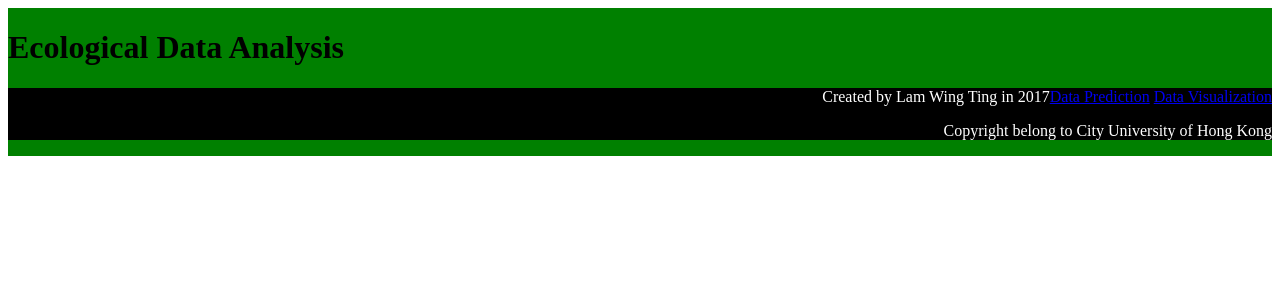
Repository: JenniferLam/FYP
Page: http://localhost/FYP_webapp/prediction/dataPred.html
An editor plug-in stored every save of this project. The page is shown before and after the next save, followed by the edit.
The browser window is 1280 px wide. The pictures show the whole page.
The page is served by Tomcat 9. Other server files are loaded and not shown.

Above is the page before, as saved 2018-01-28 21:39:04.

### WebAppDev/FYP_webapp/WebContent/prediction/dataPred.html
<!DOCTYPE html PUBLIC "-//W3C//DTD HTML 4.01 Transitional//EN" "http://www.w3.org/TR/html4/loose.dtd">
<html>
<head>
<meta http-equiv="Content-Type" content="text/html; charset=BIG5">
<link href="dataPred.css" type="text/css" rel="stylesheet">
<link href="../common.css" type="text/css" rel="stylesheet">
<title>Data Prediction</title>
</head>


<body>
	<div id="header">
		<h1>Ecological Data Analysis</h1>
		<div id="shortcut">
			<a href="../prediction/dataPred.html">Data Prediction</a>
			<a href="../visualization/result.html">Data Visualization</a>
		</div>

		<div id="footer">
			<p>Created by Lam Wing Ting in 2017</p>
			<p>Copyright belong to City University of Hong Kong</p>
		</div>
</body>
</html>

### WebAppDev/FYP_webapp/WebContent/common.css
body{
	font:Arial, Helvetica, sans-serif;
}
#header{
	float:left;
	width:100%;
	height:20%;
	display:inline-block;
	background-color:green;
}
#shortcut{
	float:right;
}
#footer{
	background-color:black;
	width:100%;
	color: white;
	text-align:right;
}

Loaded but not shown: WebAppDev/FYP_webapp/WebContent/prediction/dataPred.css (no copy from this time; the picture is the same without it)

After the next save:
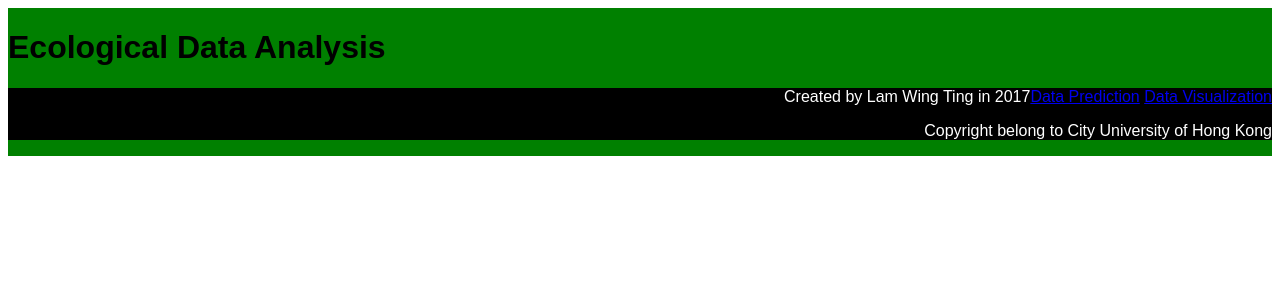
Saved 7 s later.
--- a/WebAppDev/FYP_webapp/WebContent/common.css
+++ b/WebAppDev/FYP_webapp/WebContent/common.css
@@ -1,5 +1,5 @@
 body{
-	font:Arial, Helvetica, sans-serif;
+	font-family:Arial, Helvetica, sans-serif;
 }
 #header{
 	float:left;
